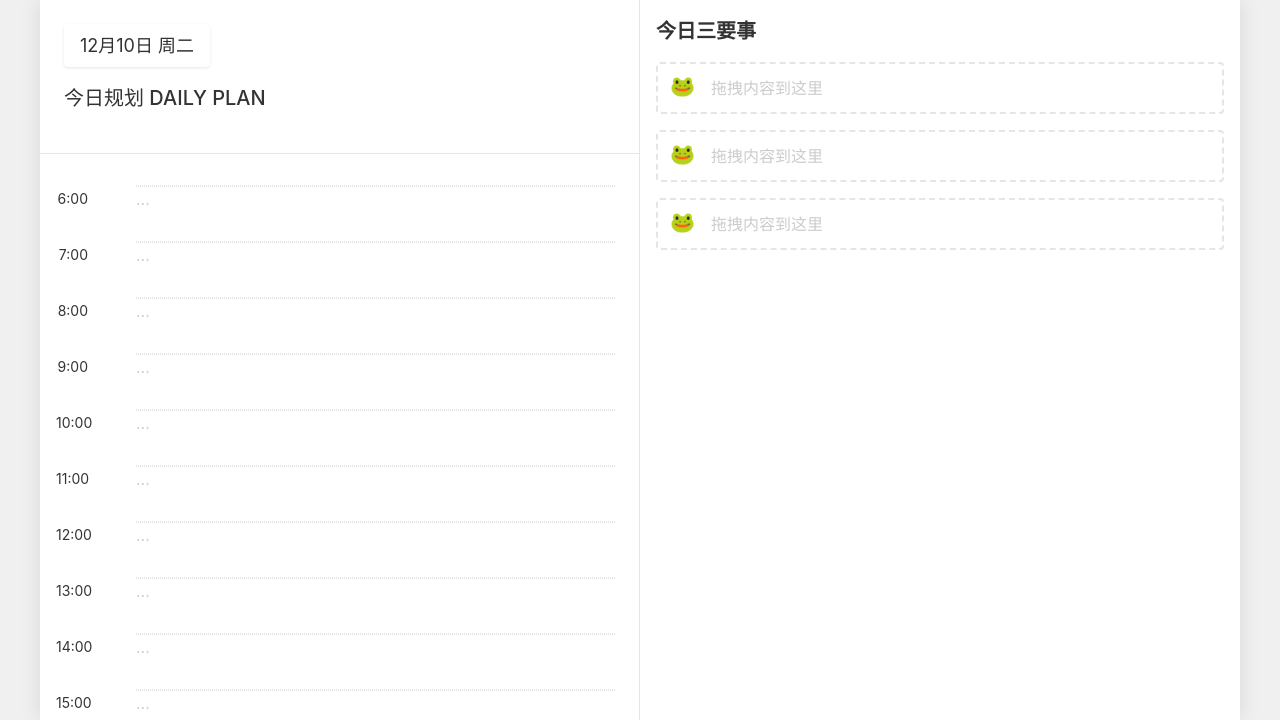
Repository: a6288a/Daily-Planner
Page: index.html
The author's editor kept a copy of each file at every save. The page is drawn from the files as they stood at one save, then again after the next save.
The browser window is 1280 px wide. The pictures show the whole page.
An inner scrolling area shows only its first screen.

Above is the page before, as saved 2024-12-10 17:18:13.

After the next save:
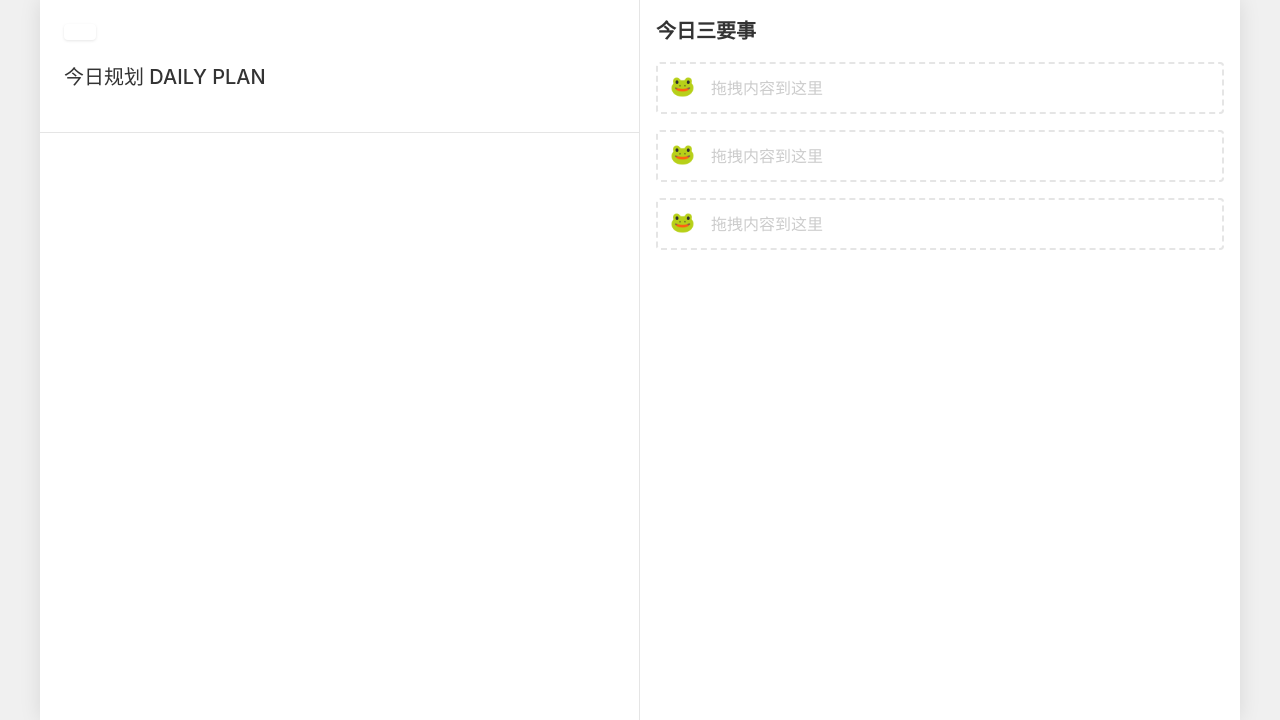
Console error: SyntaxError: Identifier 'maxX' has already been declared
Saved 116 s later.
--- a/script.js
+++ b/script.js
@@ -113,7 +113,7 @@
     deleteBtn.addEventListener('click', () => {
         const noteId = note.dataset.id;
 
-        // 清除对应的���蛙任务
+        // 清除对应的青蛙任务
         dailyData[currentDateKey].frogTasks = dailyData[currentDateKey].frogTasks.map(task =>
             task && task.noteId === noteId ? null : task
         );
@@ -191,40 +191,42 @@
 function makeDraggable(element) {
     const header = element.querySelector('.note-header');
     let isDragging = false;
+    let isLongPress = false;
 
     header.addEventListener('mousedown', (e) => {
-        // 如果点击的是删除按钮，不触发拖拽
         if (e.target.classList.contains('delete-note')) return;
 
-        // 阻止默认的拖拽行为
         e.preventDefault();
 
-        isDragging = true;
-        header.style.cursor = 'grabbing';
-
-        // 记录鼠标按下时的初始位置
         const startX = e.clientX;
         const startY = e.clientY;
         const initialLeft = element.offsetLeft;
         const initialTop = element.offsetTop;
 
+        // 开始计时，判断是否为长按
+        const pressTimer = setTimeout(() => {
+            isLongPress = true;
+        }, 200);
+
         function onMouseMove(e) {
-            if (!isDragging) return;
-
+            clearTimeout(pressTimer);
+            if (!isDragging && Math.abs(e.clientX - startX) < 5 && Math.abs(e.clientY - startY) < 5) return;
+
+            isDragging = true;
             e.preventDefault();
             e.stopPropagation();
 
-            // 计算移动距离
-            const deltaX = e.clientX - startX;
-            const deltaY = e.clientY - startY;
-
-            // 计算新位置
             const freeArea = document.getElementById('free-area');
             const rect = freeArea.getBoundingClientRect();
 
-            let newX = initialLeft + deltaX;
-            let newY = initialTop + deltaY;
-
+            let newX = initialLeft + (e.clientX - startX);
+            let newY = initialTop + (e.clientY - startY);
+
+            // 只在非长按状态下限制边界
+            if (!isLongPress) {
+                const maxX = rect.width - element.offsetWidth;
+                const maxY = rect.height - element.offsetHeight;
+                newX = Math.max(0, Math.min(newX, maxX));
             // 边界限制
             const maxX = rect.width - element.offsetWidth;
             const maxY = rect.height - element.offsetHeight;

After the save that followed:
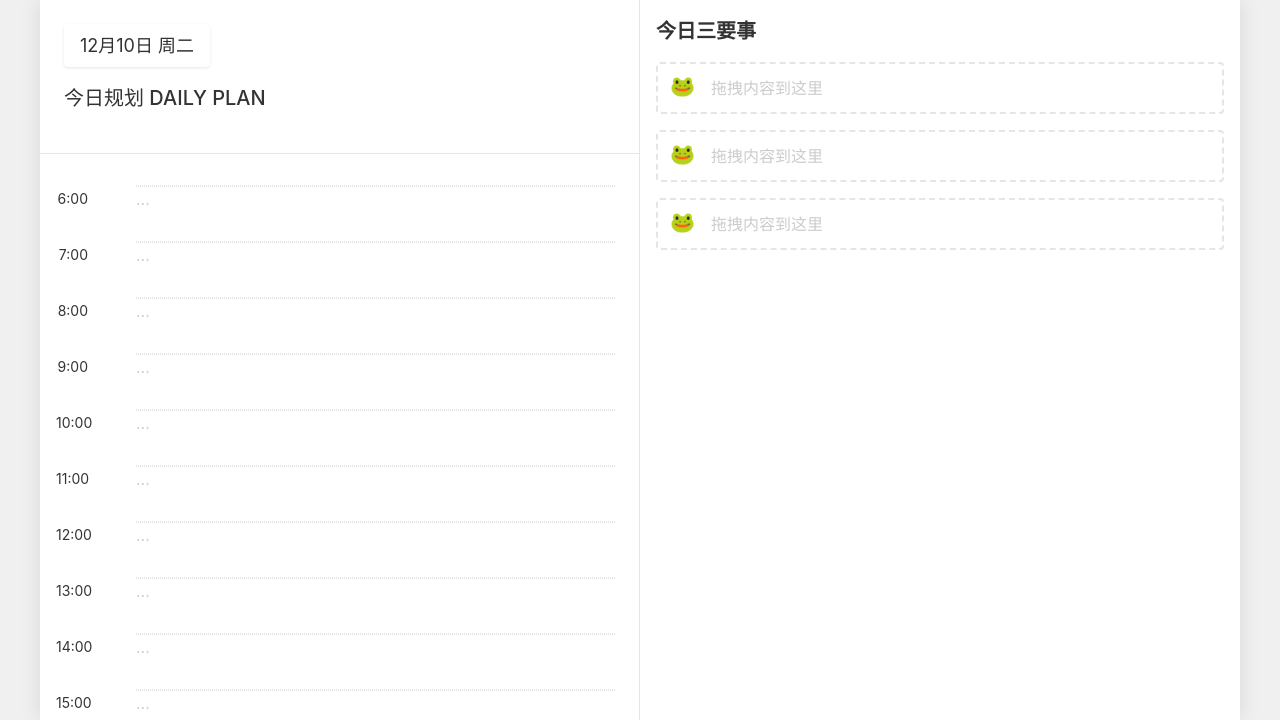
The error is gone.
Saved 4 s later.
--- a/script.js
+++ b/script.js
@@ -227,52 +227,41 @@
                 const maxX = rect.width - element.offsetWidth;
                 const maxY = rect.height - element.offsetHeight;
                 newX = Math.max(0, Math.min(newX, maxX));
-            // 边界限制
-            const maxX = rect.width - element.offsetWidth;
-            const maxY = rect.height - element.offsetHeight;
-
-            // 确保便签不超出可视区域
-            newX = Math.max(0, Math.min(newX, maxX));
-            newY = Math.max(0, Math.min(newY, maxY));
+                newY = Math.max(0, Math.min(newY, maxY));
+            }
 
             element.style.left = `${newX}px`;
             element.style.top = `${newY}px`;
         }
 
         function onMouseUp(e) {
-            if (!isDragging) return;
-
-            e.preventDefault();
-            e.stopPropagation();
+            clearTimeout(pressTimer);
+            if (!isDragging && !isLongPress) return;
 
             isDragging = false;
+            isLongPress = false;
             header.style.cursor = 'grab';
 
-            // 保存便签的最终位置
-            const noteData = {
-                id: element.dataset.id,
-                content: element.querySelector('.note-content').textContent,
-                position: {
-                    x: parseFloat(element.style.left),
-                    y: parseFloat(element.style.top)
-                }
-            };
-
-            const existingNoteIndex = dailyData[currentDateKey].freeNotes.findIndex(
-                n => n.id === element.dataset.id
-            );
-
-            if (existingNoteIndex > -1) {
-                dailyData[currentDateKey].freeNotes[existingNoteIndex] = noteData;
-                saveToLocalStorage();
-            }
-
-            // 清除事件监听
+            // 如果在自由区内，保存位置
+            const freeArea = document.getElementById('free-area');
+            const rect = freeArea.getBoundingClientRect();
+            const elementRect = element.getBoundingClientRect();
+
+            if (elementRect.top >= rect.top &&
+                elementRect.bottom <= rect.bottom &&
+                elementRect.left >= rect.left &&
+                elementRect.right <= rect.right) {
+                saveNotePosition(element);
+            } else {
+                // 如果拖出了自由区，恢复原位置
+                element.style.left = `${initialLeft}px`;
+                element.style.top = `${initialTop}px`;
+            }
+
             document.removeEventListener('mousemove', onMouseMove);
             document.removeEventListener('mouseup', onMouseUp);
         }
 
-        // 添加事件监听
         document.addEventListener('mousemove', onMouseMove);
         document.addEventListener('mouseup', onMouseUp);
     });
@@ -436,12 +425,27 @@
 // 修改便签与青蛙区域的交互
 function makeNoteDraggableToFrogs(note) {
     const header = note.querySelector('.note-header');
-
-    // 设置便签可拖拽
-    note.setAttribute('draggable', true);
+    let dragToFrog = false;
+
+    header.addEventListener('mousedown', () => {
+        // 长按开始时添加拖拽功能
+        setTimeout(() => {
+            dragToFrog = true;
+            note.setAttribute('draggable', true);
+            header.style.cursor = 'move';
+        }, 200);
+    });
+
+    header.addEventListener('mouseup', () => {
+        if (dragToFrog) {
+            note.removeAttribute('draggable');
+            header.style.cursor = 'grab';
+            dragToFrog = false;
+        }
+    });
 
     note.addEventListener('dragstart', (e) => {
-        if (!e.target.closest('.note-header')) return; // 只允许通过标头拖拽
+        if (!dragToFrog) return;
         e.dataTransfer.setData('text/plain', note.querySelector('.note-content').textContent);
         e.dataTransfer.setData('note-id', note.dataset.id);
         note.classList.add('dragging');
@@ -449,6 +453,9 @@
 
     note.addEventListener('dragend', () => {
         note.classList.remove('dragging');
+        note.removeAttribute('draggable');
+        header.style.cursor = 'grab';
+        dragToFrog = false;
     });
 }
 
